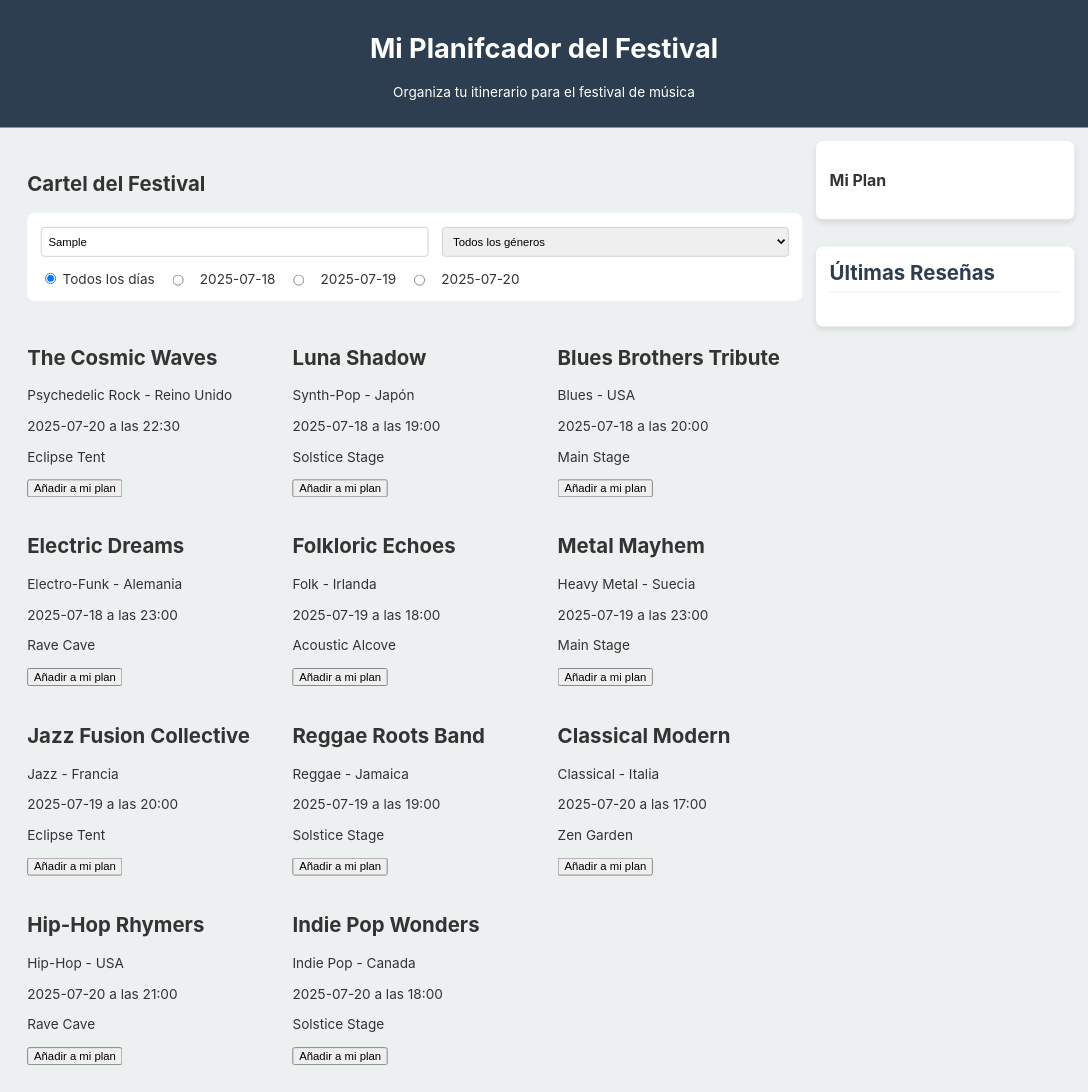
Repository: covaa15/DWEC
Page: Examen12_12_2025/index.html
These files come from the project's save history. The page is drawn as it stood at one moment and after the next save; the edit follows.
The browser window is 1280 px wide. The pictures show the whole page, at 85% of full size.
Empty fields were first filled with sample values (such as "Sample", 5 or name@example.com).
After loading, the first visible `#search-name` was changed once.

Above is the page before, as saved 2025-12-13 20:08:10.
Console error: TypeError: Cannot read properties of undefined (reading 'forEach')

After the next save:
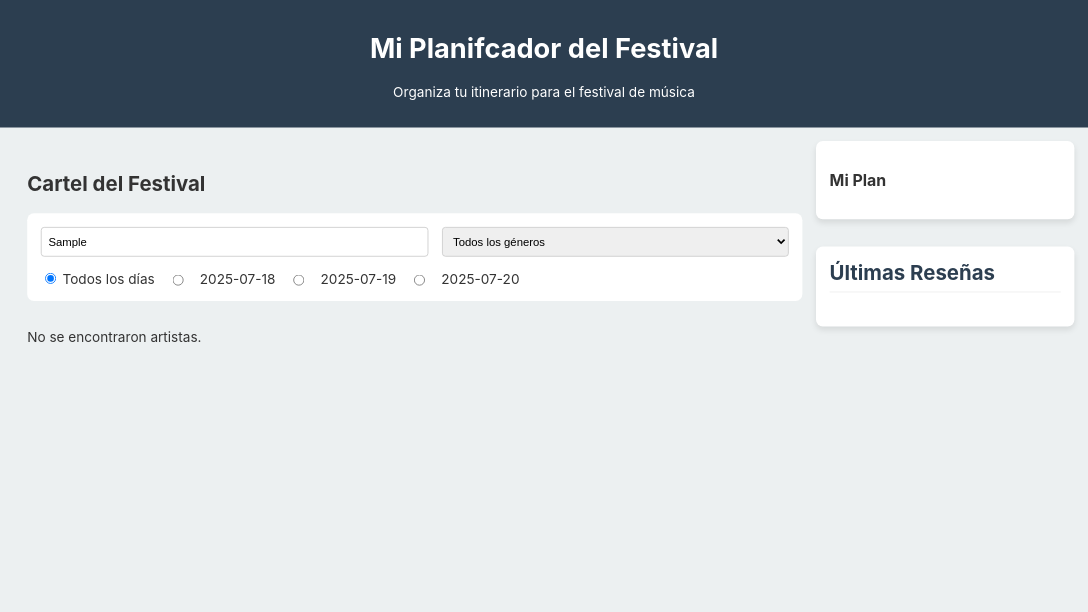
The error is gone.
Saved 19 h 49 min later.
--- a/Examen12_12_2025/js/main.js
+++ b/Examen12_12_2025/js/main.js
@@ -138,19 +138,19 @@ function aplicarFiltros() {
     let artistasFiltrados = artistas;
     const generoSeleccionado = selectorGenero.value.toLocaleLowerCase();
 
-    document.querySelectorAll('input');
-    inputs.forEach(unInput=>{
-        unInput.addEventListener('change',function(){
-
-
-            const fechaSeleccionada=unInput.value;
-            const artistaFiltrados=artistas.filter(artista=>{
-                const horario=obtenerHorario(artista.id);
-                return horario.dia===fechaSeleccionada;
-            });
-            mostrarArtistas(artistaFiltrados);
-        })
-    })
+    // document.querySelectorAll('input');
+    // inputs.forEach(unInput=>{
+    //     unInput.addEventListener('change',function(){
+
+
+    //         const fechaSeleccionada=unInput.value;
+    //         const artistaFiltrados=artistas.filter(artista=>{
+    //             const horario=obtenerHorario(artista.id);
+    //             return horario.dia===fechaSeleccionada;
+    //         });
+    //         mostrarArtistas(artistaFiltrados);
+    //     })
+    // })
 
     if (artistaBuscado !== "") {
         artistasFiltrados = artistasFiltrados.filter(artista =>
